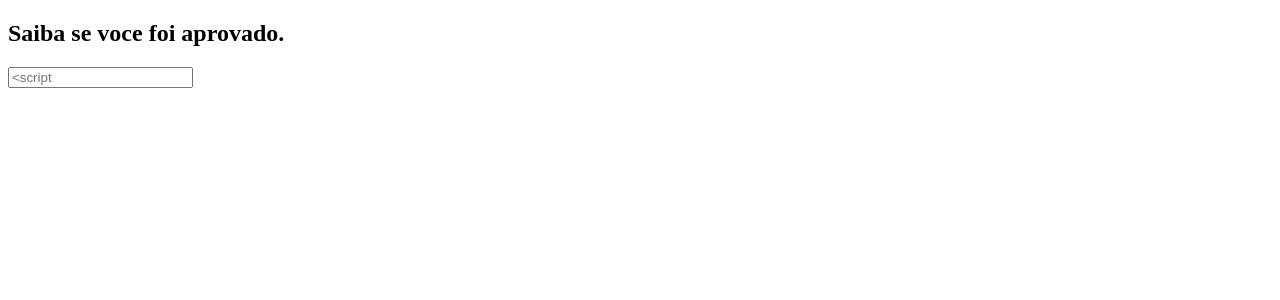
Repository: analessp/logica1
Page: index.html
The author's editor kept a copy of each file at every save. The page is drawn from the files as they stood at one save, then again after the next save.
The browser window is 1280 px wide. The pictures show the whole page.

Above is the page before, as saved 2025-04-30 08:47:13.

### index.html
<!DOCTYPE html>
<html lang="pt-BR>
<head>
    <meta charset="UTF-8">
    <meta name="viewport" content="width=device-width, initial-scale=1.0">
    <title>Document</title>
</head>
<body>
    <h2>Saiba se voce foi aprovado.</h2>
    <input type="text" placeholder =
    <script src="app.js"></script>
</body>
</html>

After the next save:
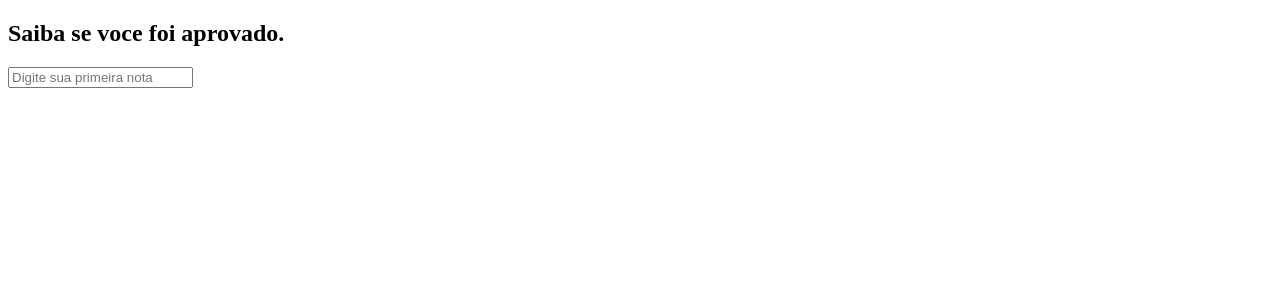
Saved 10 s later.
--- a/index.html
+++ b/index.html
@@ -7,7 +7,7 @@
 </head>
 <body>
     <h2>Saiba se voce foi aprovado.</h2>
-    <input type="text" placeholder =
+    <input type="text" placeholder = "Digite sua primeira nota"
     <script src="app.js"></script>
 </body>
 </html>
